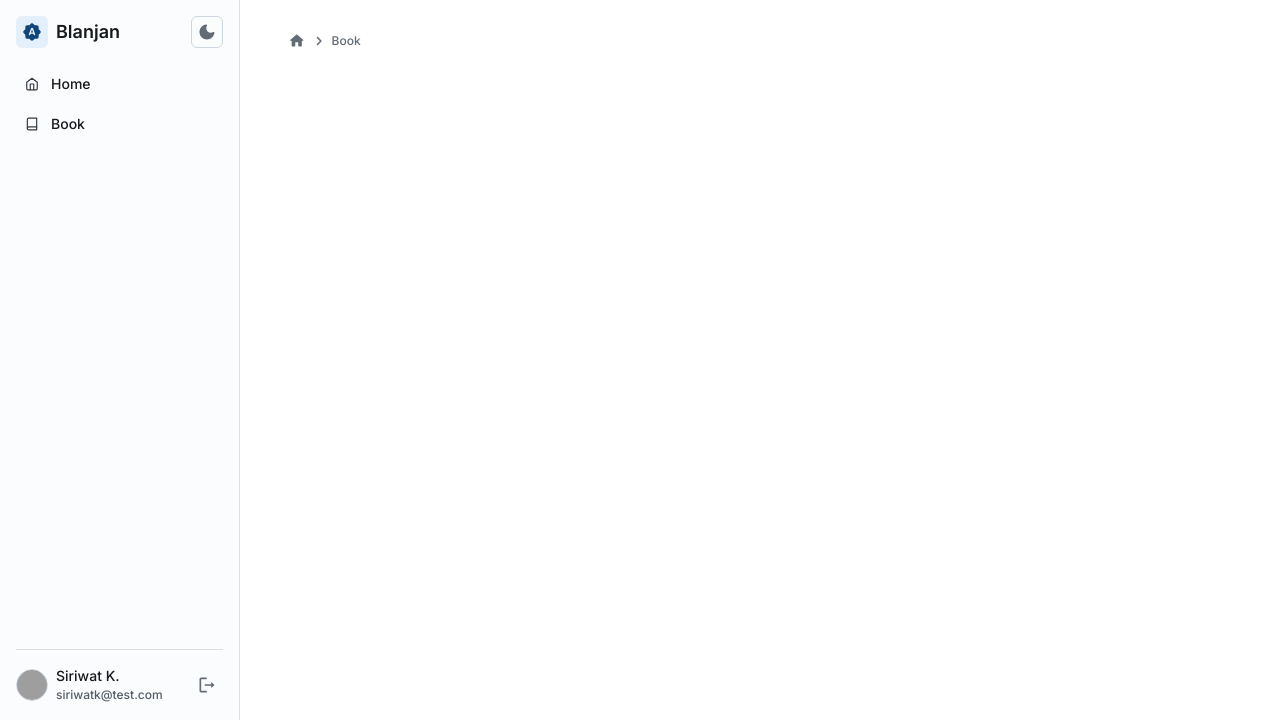
Repository: LaurentiusKevin/bookstore-fe
Page: /admin/book
The author's editor kept a copy of each file at every save. The page is drawn from the files as they stood at one save, then again after a run of saves.
The browser window is 1280 px wide. The pictures show the whole page.
Pictures or frames that could not be fetched are drawn as grey boxes. The project was rebuilt for these pictures with package versions that can differ from the ones it lists, and the page was loaded fresh each time. The framework's server and built-in components were replaced by stand-ins that run in the browser. Also part of the build but not shown: next.config.mjs.

Above is the page before, as saved 2024-04-07 02:13:51.

After the next 2 saves:
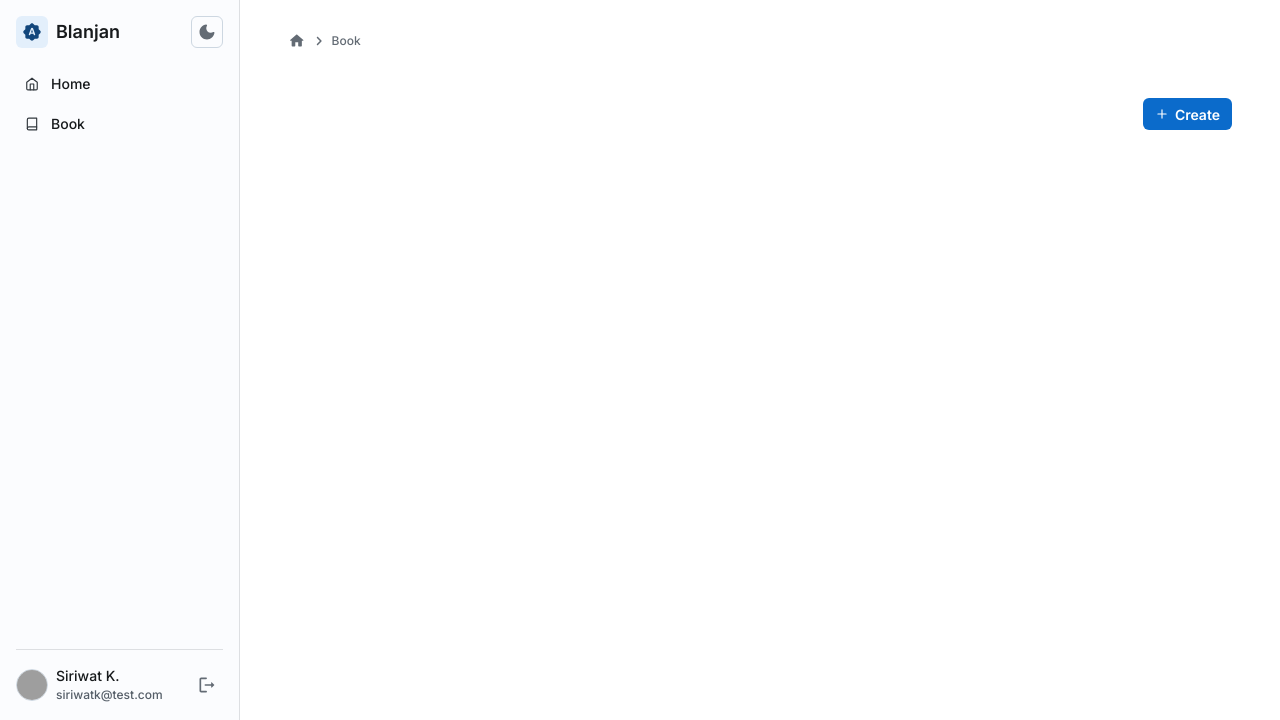
The 2 saves are shown as one change because 1 did not build or start.
The last was saved 62 s later.
--- a/src/app/admin/book/page.tsx
+++ b/src/app/admin/book/page.tsx
@@ -1,11 +1,30 @@
 "use client";
 
 import AdminLayout from "@/components/admin/admin-layout";
+import { Box, Button } from "@mui/joy";
+import { FiPlus } from "react-icons/fi";
 
 export default function BookPage() {
   return (
     <>
-      <AdminLayout></AdminLayout>
+      <AdminLayout>
+        <Box
+          sx={{
+            display: "flex",
+            justifyContent: "right",
+          }}
+        >
+          <Button
+            component="a"
+            href="/admin/loans/my-loans/create"
+            color="primary"
+            startDecorator={<FiPlus />}
+            size="sm"
+          >
+            Create
+          </Button>
+        </Box>
+      </AdminLayout>
     </>
   );
 }
